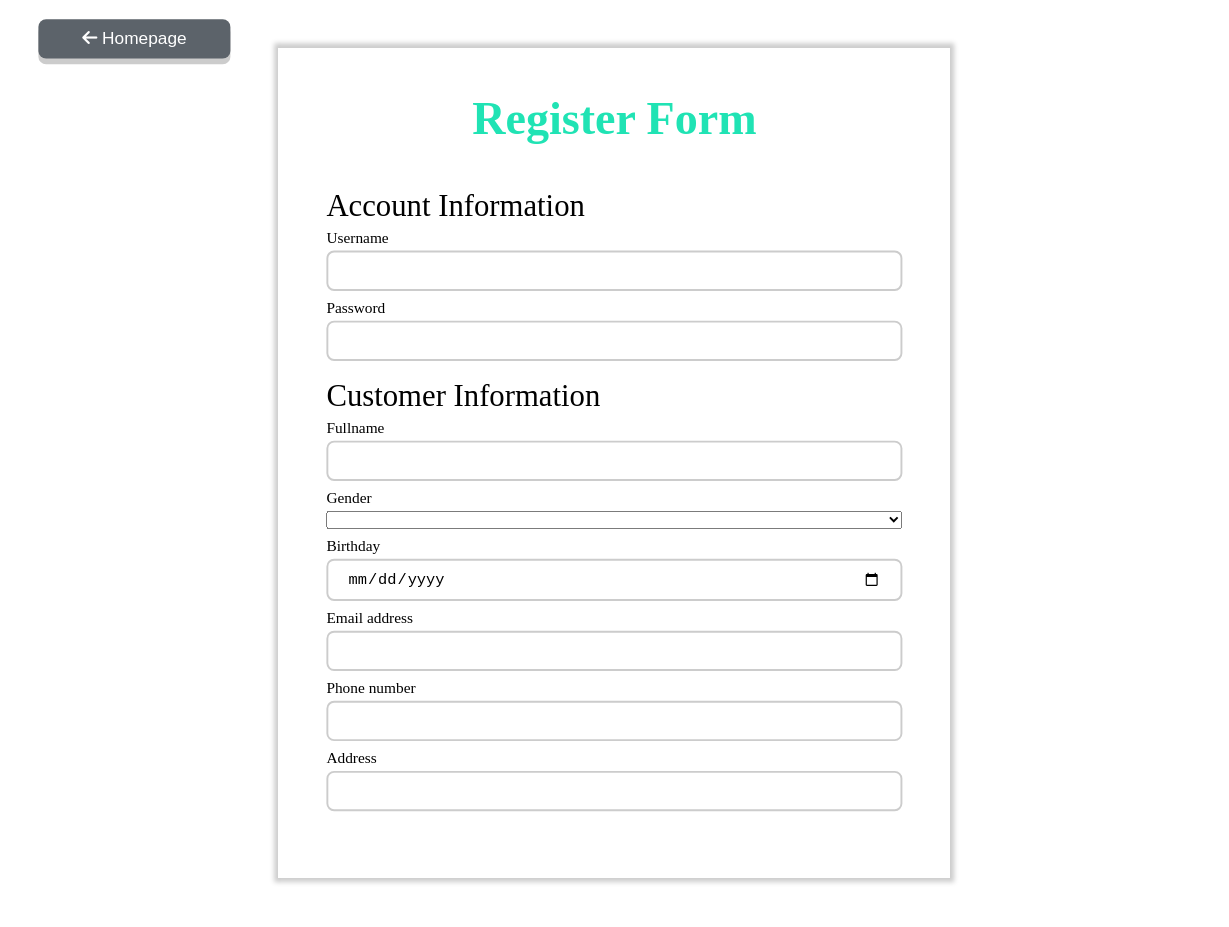
Repository: Trung0810/btl_cnpm_fe
Page: /
These files come from the project's save history. The page is drawn as it stood at one moment and after the next save; the edit follows.
The browser window is 1280 px wide. The pictures show the whole page, at 96% of full size.
The project was rebuilt for these pictures with package versions that can differ from the ones it lists, and the page was loaded fresh each time. Also part of the build but not shown: src/components/header/header.css, src/components/header/Header.js, src/components/footer/Footer.css, src/components/footer/Footer.js, src/components/shoes_list/ShoesCard.css, src/components/shoes_list/ShoesCard.js, src/components/shoes_list/ShoesList.css, src/components/shoes_list/ShoesList.js and 17 more.

Above is the page before, as saved 2026-03-31 13:39:41.

After the next save:
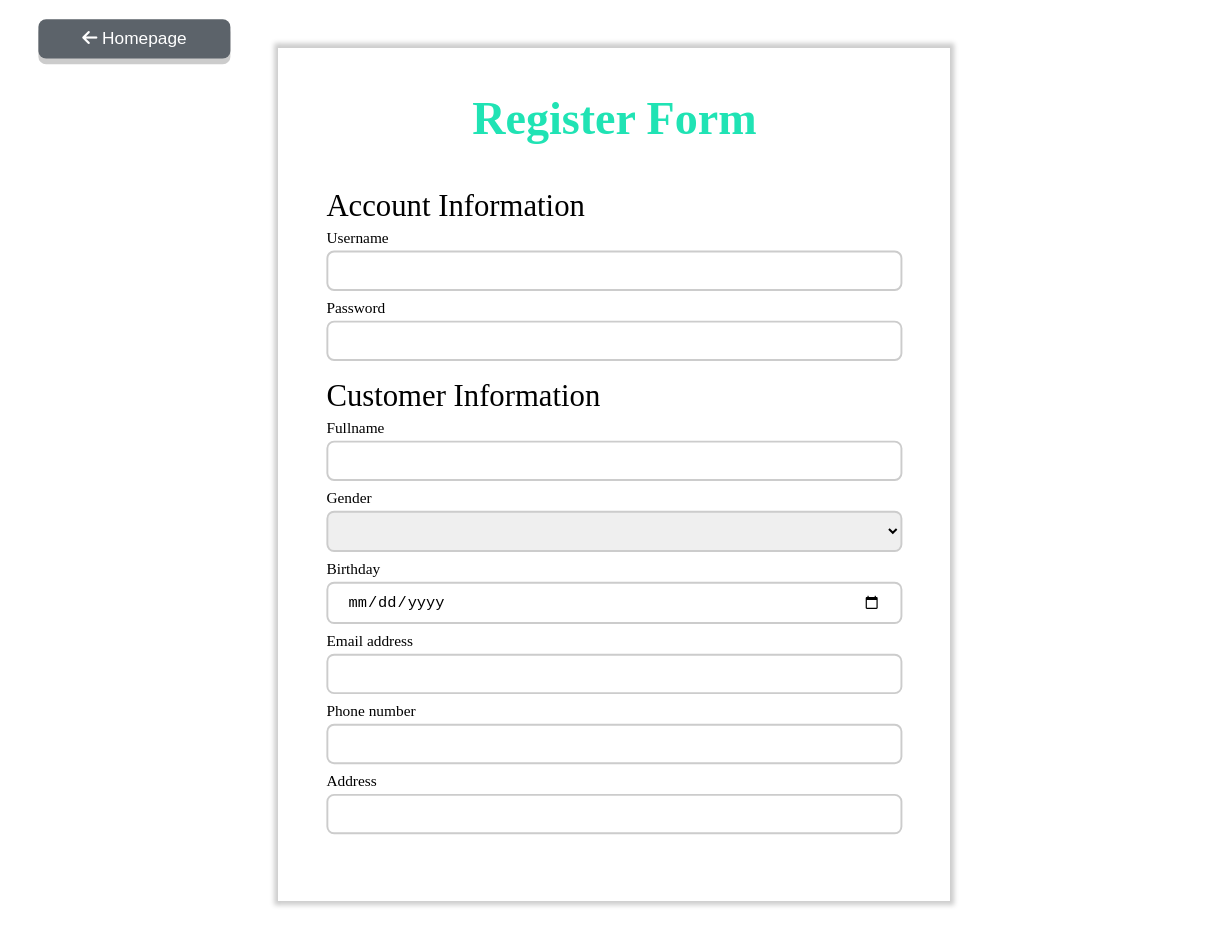
Saved 65 s later.
--- a/src/components/register_form/RegisterForm.css
+++ b/src/components/register_form/RegisterForm.css
@@ -44,3 +44,12 @@
   font-size: 32px;
   font-weight: 500;
 }
+.register-form-wrapper select {
+  display: block;
+  font-size: 16px;
+  font-weight: 500;
+  padding: 10px 20px;
+  border: 2px solid #ccc;
+  border-radius: 8px;
+  outline: none;
+}
